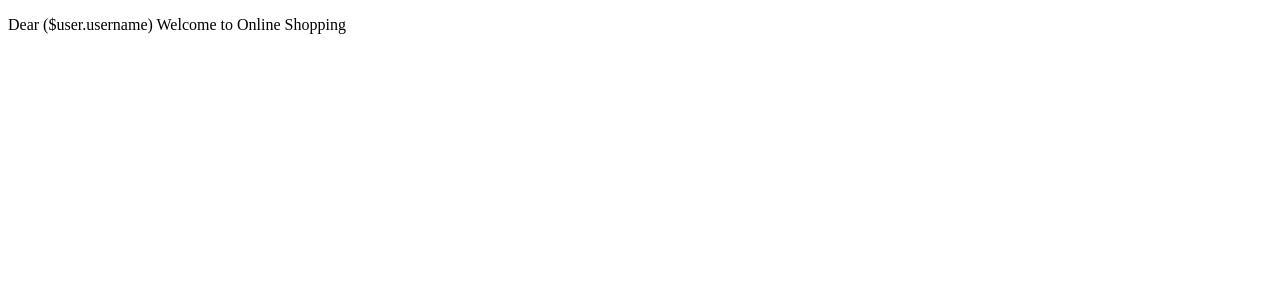
Repository: i-am-enlightened/Spring
Page: http://localhost/LoginSpringApp/Sucsess.jsp
These files come from the project's save history. The page is drawn as it stood at one moment and after the next save; the edit follows.
The browser window is 1280 px wide. The pictures show the whole page.
The page is served by Tomcat 9.

Above is the page before, as saved 2019-07-31 13:21:42.

After the next save:
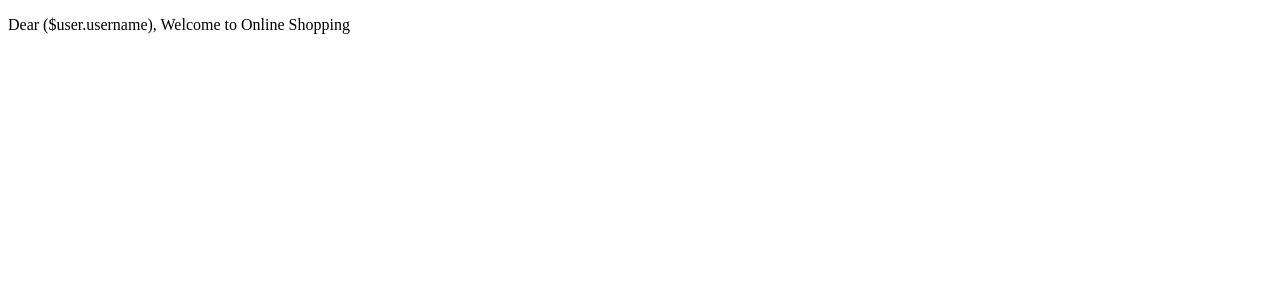
Saved 22 s later.
--- a/LoginSpringApp/WebContent/Sucsess.jsp
+++ b/LoginSpringApp/WebContent/Sucsess.jsp
@@ -7,6 +7,6 @@
 <title>Insert title here</title>
 </head>
 <body>
-	<p> Dear ($user.username) Welcome to Online Shopping </p>
+	<p> Dear ($user.username), Welcome to Online Shopping </p>
 </body>
 </html>
